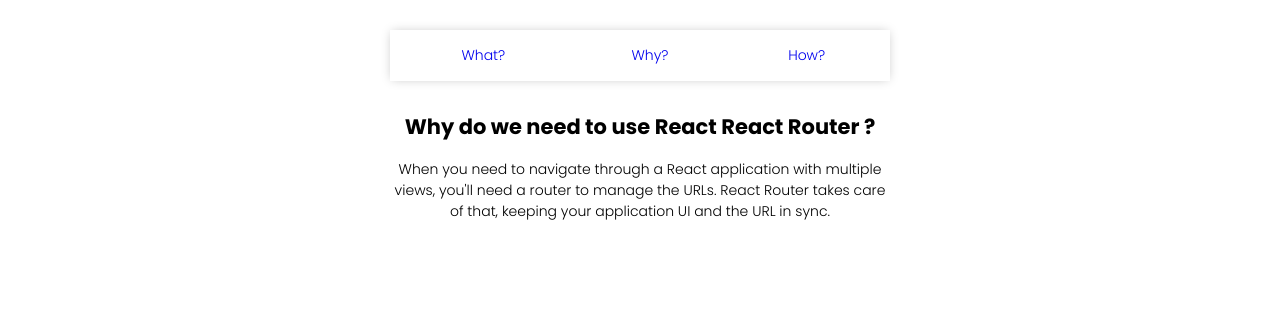
Repository: nguy3nds/2021-18-9-react
Page: /Why
An editor plug-in stored every save of this project. The page is shown before and after the next save, followed by the edit.
The browser window is 1280 px wide. The pictures show the whole page.
The project was rebuilt for these pictures with package versions that can differ from the ones it lists, and the page was loaded fresh each time. Also part of the build but not shown: src/components/What.js, src/components/Why.js.

Above is the page before, as saved 2021-09-19 06:39:32.

### src/App.js
import React from "react";
import { BrowserRouter as Router, Switch, Route, Link } from "react-router-dom";
import "./App.css";
import What from "./components/What.js";
import How from "./components/Why";
import Why from "./components/How";

export default function App() {
  return (
    <Router>
      <div>
        <nav>
          <ul className="menu">
            <li class="menu-item has-child">
              <Link to="/What">What?</Link>
            </li>
            <li className="menu-item has-child">
              <Link to="/Why">Why?</Link>
            </li>
            <li className="menu-item has-child">
              <Link to="/How">How?</Link>
            </li>
          </ul>
        </nav>

        {/* A <Switch> looks through its children <Route>s and
            renders the first one that matches the current URL. */}
        <Switch>
          <Route path="/How">
            <How />
          </Route>
          <Route path="/Why">
            <Why />
          </Route>
          <Route path="/What">
            <What />
          </Route>
        </Switch>
      </div>
    </Router>
  );
}

### src/App.css
@import url("https://fonts.googleapis.com/css2?family=Poppins:wght@300;400;600;700&display=swap");
:root {
  --primary: #08aeea;
  --secondary: #13d2b8;
  --purple: #bd93f9;
  --pink: #ff6bcb;
  --blue: #8be9fd;
  --gray: #333;
  --font: "Poppins", sans-serif;
  --gradient: linear-gradient(40deg, #ff6ec4, #7873f5);
  --shadow: 0 0 15px 0 rgba(0, 0, 0, 0.05);
}
*,
*:before,
*:after {
  box-sizing: border-box;
}
html {
  font-size: 62.5%;
  text-align: center;
}

body {
  font-family: var(--font);
  font-size: 1.4rem;
  overflow-x: hidden;
  font-weight: 300;
  width: 500px;
  margin: 0 auto;
}

img {
  display: block;
  max-width: 100%;
}

a {
  text-decoration: none;
}

input,
button,
textarea,
select {
  font-family: var(--font);
  font-size: 1.4rem;
  font-weight: 300;
  outline: none;
  border: 0;
  margin: 0;
  padding: 0;
  border-radius: 0;
  -webkit-appearance: none;
}

button {
  cursor: pointer;
}

.menu {
  position: relative;
  max-width: 500px;
  margin: 30px auto;
  display: grid;
  grid-template-columns: 1fr 1fr 1fr;
  justify-content: center;
  background-color: white;
  padding: 1.5rem;
  box-shadow: 0 0 10px -2px rgba(0, 0, 0, 0.25);
}

.menu-link {
  font-size: 1.4rem;
  color: #918eae;
  display: block;
}
.menu-link:hover {
  color: #202842;
}

.menu-child-link {
  display: flex;
  align-items: center;
  justify-content: space-between;
  padding: 1.5rem;
  color: #918eae;
}
.menu-child-item {
  position: relative;
}
.menu-child-link:hover {
  color: #202842;
}

.menu-toggle {
  display: none;
}
.nav {
  position: relative;
}
.arrow-right {
  display: none;
}
@media screen and (min-width: 1024px) {
  .arrow-down {
    display: none;
  }
  .arrow-right {
    display: block;
  }
  .menu-item:not(:first-child) {
    margin-left: 2rem;
  }
  .menu-child {
    position: absolute;
    top: 100%;
    left: 0;
    margin-top: 1rem;
    min-width: 20rem;
    background-color: white;
    box-shadow: var(--shadow);
    display: none;
  }
  .menu-child:before {
    content: "";
    position: absolute;
    top: 0;
    left: 0;
    width: 100%;
    height: 1rem;
    background-color: transparent;
    transform: translateY(-100%);
  }
  .menu-child1 {
    top: 0;
    left: 100%;
    margin-top: 0;
  }
  .menu-item.has-child:hover > .menu-child {
    display: block;
  }
  .menu-child-item.has-child:hover > .menu-child {
    display: block;
  }
}

ul li {
  list-style: none;
}
@media screen and (max-width: 1023px) {
  .menu {
    position: absolute;
    right: 0;
    top: 100%;
    min-width: 20rem;
    background-color: white;
    box-shadow: var(--shadow);
    flex-direction: column;
    display: none;
    z-index: 100;
  }
  .menu.show,
  .menu-child.show {
    display: block;
  }
  .menu-item:not(:last-child) {
    border-bottom: 1px solid #eee;
  }
  .menu-link {
    padding: 1.5rem;
    display: flex;
    justify-content: space-between;
    align-items: center;
  }
  .menu-child {
    display: none;
    background-color: #f6f6f6;
  }
  .menu-child1 {
    background-color: #eee;
  }
  .menu-toggle {
    width: max-content;
    font-size: 2rem;
    display: block;
    margin-left: auto;
    cursor: pointer;
  }
}

### src/components/How.js
export default function How() {
  return (
    <div>
      <h2>Why do we need to use React React Router ?</h2>
      <p>
        When you need to navigate through a React application with multiple
        views, you'll need a router to manage the URLs. React Router takes care
        of that, keeping your application UI and the URL in sync.
      </p>
    </div>
  );
}

Loaded but not shown: public/index.html (common file); src/index.js (common file); src/index.css (common file); src/reportWebVitals.js (common file)

After the next save:
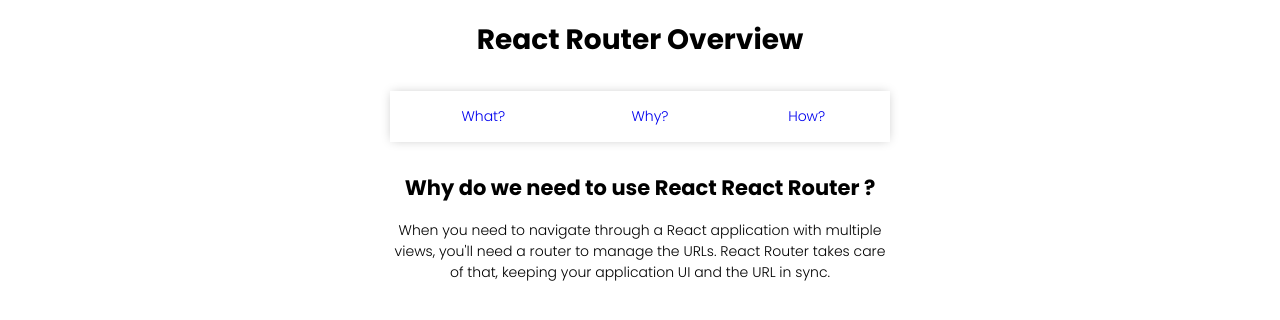
Saved 28 s later.
--- a/src/App.js
+++ b/src/App.js
@@ -9,6 +9,7 @@ export default function App() {
   return (
     <Router>
       <div>
+        <h1>React Router Overview</h1>
         <nav>
           <ul className="menu">
             <li class="menu-item has-child">
